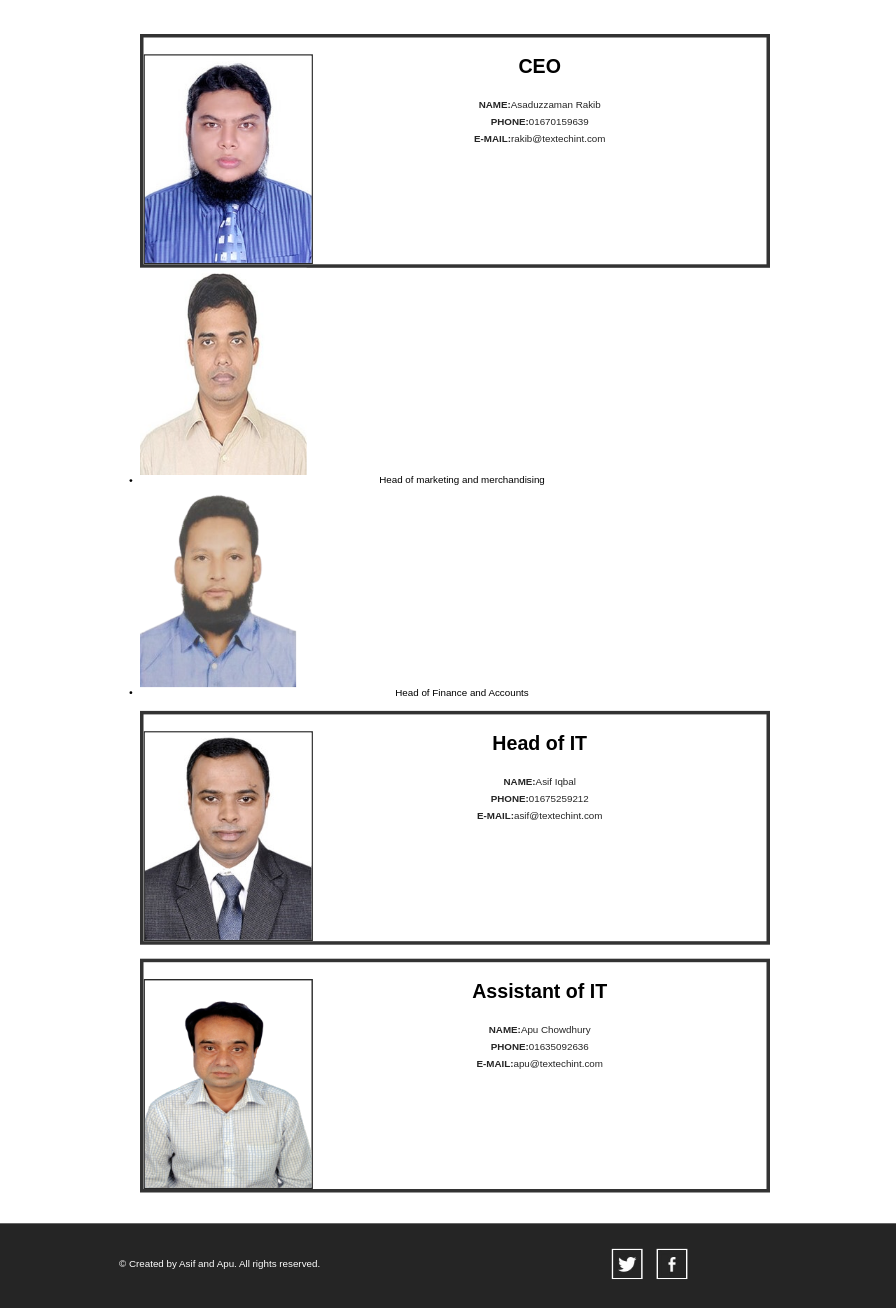
Repository: asifdotpy/textechint
Page: index.html
These files come from the project's save history. The page is drawn as it stood at one moment and after the next save; the edit follows.
The browser window is 1280 px wide. The pictures show the part of the page from y = 1422 to 3342 px (the page is 3291 px tall before and 3342 px after), at 70% of full size.

Above is the page before, as saved 2021-02-23 01:29:42.

### index.html
<!doctype html>
<html>
<head>
	<meta charset="UTF-8">
	<meta name="viewport" content="width=device-width, initial-scale=1.0">
	<title>Tex Tech International</title>
	<link rel="stylesheet" type="text/css" href="css/style.css">
	<link rel="stylesheet" type="text/css" href="css/mobile.css" media="screen and (max-width : 568px)">
	<script type="text/javascript" src="js/mobile.js"></script>
</head>
<body>
	<div id="header">
		<ul id="navigation">
			<li class="selected">
				<a href="index.html">our company</a>
			</li>
			<li>
				<a href="gallery.html">Our Products and services
				</a>
			</li>
			<li>
				<a href="about.html">career opportunity</a>
			</li>
			<li>
				<a href="blog.html">faq</a>
			</li>
			<li>
				<a href="contact.html">contact us</a>
			</li>
		</ul>
	</div>
	<div id="body">
		<div id="featured">
			<img src="images/featured.jpg" alt="">
		</div>
		<div class='intro'>
			<h1>About us</h1>
			<div class="main">
			<p><strong style="color: red;">Tex Tech International</strong> is working as a Buying & Trading house in the field of RMG, Home Textile, Leather Products, Handicraft Items & other Consumers’ Products in Bangladesh. Our major concern is to play our role as a buying house of our customers. One of our primary responsibilities as a buying house is to assure that the product purchased and released for shipment conforms to be customer’s requirements.</p>
			<p>Our goal is to provide our clients with high-quality products that meet their quality expectations.
				<strong style="color: red;">Tex Tech International</strong> employs Quality Assurance staff to assist in the selection of manufacturers who manufacture products according to Standards set by our policy, principles, and guidelines.</p>
			<p><strong style="color: red;">Tex Tech International</strong> is a leading Buyer’s agent / representative and garments exporter in Bangladesh. We have our own sourcing office in China, Italy, Netherlands, Canada & Australia.</p>
			<p>We have 100+ associated factories from where we can assure quality and final products. All the associated factories are fully compliance having certificates of ACCORD, ALLIANCE, BSCI, SEDEX, WRAP, OEKO-TEX, GOTS, OCS, GRS, RCS etc. We have a strong CSR team who follow up on all the different types of compliance requirement which are set by the buyer.</p>
			<p>We have a very strong Merchandising Team who keep contact and support the clients on the daily basis in order to keep a healthy relationship. Our QC teams is ready to ensure product quality as per customer demands. Our QA team inspect the goods on a third-party base and on AQL of customers.</p>
			<p>We have a strong quality control system where under each Merchandiser there is a full time QC team and the QC’s do the in-line inspections in each section of production. In a particular time of the day, our QA Supervisor checks the 30% products those have been passed by our QC’s in each section. All the QC’s always check 100% goods. All the QC’s submit their daily reports to QA Manager with highlighting the major points. QA Manager submits their reports to the relevant Merchandisers in addition to CEO. Relevant Merchandiser ensures the correct QA packing to the QA Supervisor. After maintaining all the necessary procedures, the QA Manager carries out his own final inspection before the shipment.</p>
			</p>
			</div>

		</div>

		<div class='heroes'>
		<ul>
			<div class="post-container">
				<div class="post-thumb"><img src="images/rakib.jpg" /></div>
				<div class="post-content">
					<h3 class="post-title">CEO</h3>
					<p><b>NAME:</b>Asaduzzaman Rakib</p>
					<p><b>PHONE:</b>01670159639</p>
					<p><b>E-MAIL:</b>rakib@textechint.com</p>
			   </div>
			</div>
			<li>
					<img src="images/sabuz.jpg" alt="Sobuz">
					<span>Head of marketing and merchandising</span>
			</li>
			<li>
					<img src="images/monir.jpg" alt="Monir">
					<span>Head of Finance and Accounts</span>
			</li>
			<div class="post-container">
				<div class="post-thumb"><img src="images/asif.jpg" /></div>
				<div class="post-content">
					<h3 class="post-title">Head of IT</h3>
					<p><b>NAME:</b>Asif Iqbal</p>
					<p><b>PHONE:</b>01675259212</p>
					<p><b>E-MAIL:</b>asif@textechint.com</p>
			   </div>
			</div>
			<div class="post-container">
				<div class="post-thumb"><img src="images/apu.jpg" /></div>
				<div class="post-content">
					<h3 class="post-title">Assistant of IT</h3>
					<p><b>NAME:</b>Apu Chowdhury</p>
					<p><b>PHONE:</b>01635092636</p>
					<p><b>E-MAIL:</b>apu@textechint.com</p>
			   </div>
			</div>
		</ul>
		</div>
	</div>
	<div id="footer">
		<div>
			<p>&copy; Created by Asif and Apu. All rights reserved.</p>
			<ul>
				<li>
					<a href="http://freewebsitetemplates.com/go/twitter/" id="linkedin">linkedin</a>
				</li>
				<li>
					<a href="https://www.facebook.com/textechint" target="_blank" id="facebook">facebook</a>
			</ul>
		</div>
	</div>
</body>
</html>

### css/style.css
@font-face {
	font-family: 'poller_oneregular';
	src: url('../fonts/pollerone/pollerone-webfont.eot');
	src: url('../fonts/pollerone/pollerone-webfont.eot?#iefix') format('embedded-opentype'),
		 url('../fonts/pollerone/pollerone-webfont.woff') format('woff'),
		 url('../fonts/pollerone/pollerone-webfont.ttf') format('truetype'),
		 url('../fonts/pollerone/pollerone-webfont.svg#poller_oneregular') format('svg');
}
@font-face {
	font-family: 'leckerli_oneregular';
	src: url('../fonts/leckerlione/leckerlione-regular-webfont.eot');
	src: url('../fonts/leckerlione/leckerlione-regular-webfont.eot?#iefix') format('embedded-opentype'),
		 url('../fonts/leckerlione/leckerlione-regular-webfont.woff') format('woff'),
		 url('../fonts/leckerlione/leckerlione-regular-webfont.ttf') format('truetype'),
		 url('../fonts/leckerlione/leckerlione-regular-webfont.svg#leckerli_oneregular') format('svg');
}

body {
	background: #fff;
	font-family: Arial, Helvetica, sans-serif;
	font-size: 14px;
	font-weight: normal;
	line-height: 1;
	margin: 0;
	min-width: 960px;
	padding: 0;
}
p {
	color: #252525;
	line-height: 24px;
	margin: 0;
	padding: 0;
}
p a {
	color: #252525;
	text-decoration: underline;
}
p a:hover {
	color: #898989;
}
#header {
	margin: 0 auto;
	padding: 4px 0 50px;
	text-align: center;
	width: 960px;
}
#header a.logo {
	display: block;
	margin: 0 auto;
	padding: 0;
	width: 340px;
}
#header a.logo img {
	border: 0;
	display: block;
	margin: 0;
	padding: 0;
}
#header ul {
	margin: 0;
	padding: 25px 0 0;
}
#header ul li {
	display: inline;
	list-style: none;
	margin: 0;
	padding: 0 19px;
}
#header ul li a {
	color: #252525;
	display: inline-block;
	font-family: "Arial Black", Gadget, sans-serif;
	font-size: 14px;
	font-weight: normal;
	margin: 0;
	padding: 0 0 3px;
	text-decoration: none;
	text-transform: uppercase;
}
#header ul li a:hover, #header ul li.selected a {
	color: #0ba39c;
}
#body {
	margin: 0;
	padding: 0 0 30px;
	text-align: center;
}
#body h1 {
	color: #fff;
	display: inline;
	font-family: poller_oneregular;
	font-size: 35px;
	font-weight: normal;
	margin: 0;
	padding: 0;
	text-transform: uppercase;
}
#body h1 span {
	background: #252525;
	display: inline-block;
	padding: 15px 28px 12px;
}
#body > div {
	margin: 0 auto;
	padding: 0;
	width: 960px;
}
#body > div img {
	border: 2px solid #292929;
	margin: 24px 0 0;
	padding: 0;
}
#body > div .article {
	margin: 0 auto;
	padding: 30px 30px 0;
	width: 560px;
}
#body > div .article h2 {
	font-family: "Arial Black", Gadget, sans-serif;
	font-size: 25px;
	font-weight: normal;
	margin: 0 0 30px;
}
#body > div .article h3 {
	color: #252525;
	line-height: 24px;
	margin: 0;
	padding: 0;
}
#body > div .article h4 {
	background: #252525;
	color: #fff;
	display: inline-block;
	font-family: "Arial Black", Gadget, sans-serif;
	font-size: 25px;
	font-weight: normal;
	margin: 0 0 30px;
	padding: 8px 27px 10px;
}
#body > div .article p {
	margin: 0 0 30px;
}
#body div div ul {
	margin: 0;
	padding: 24px 10px 0;
	width: 940px;
	list-style-type: none;
}
#body div div ul li {
	border: 2px solid #1a1a1a;
	display: block;
	list-style: none;
	margin: 0 0 13px;
	overflow: hidden;
	padding: 0;
}
#body div ul li .figure {
	border-right: 2px solid #1a1a1a;
	float: left;
	margin: 0;
	padding: 0;
	width: 376px;
}
#body div ul li img {
	border: 0;
	display: block;
	margin: 0;
	padding: 0;
	opacity: 0.8;
	transition: 0.5s ease-in-out;
}
#body div ul li .figure:hover img {
	opacity: 1;
}
#body div ul li div {
	float: left;
	margin: 0;
	padding: 63px 0 20px;
	width: 558px;
}
#body div ul li div h3 {
	color: #252525;
	font-family: "Arial Black", Gadget, sans-serif;
	font-size: 25px;
	font-weight: normal;
	margin: 0;
	padding: 0;
	text-transform: uppercase;
}
#body div ul li div p {
	padding: 30px 30px 18px;
}
#body div ul li div a.more {
	background: #000;
	color: #fff;
	display: inline-block;
	font-family: "Arial Black", Gadget, sans-serif;
	font-size: 18px;
	font-weight: normal;
	margin: 0;
	padding: 8px 28px;
	text-decoration: none;
	text-transform: uppercase;
}
#body div ul li div a.more:hover {
	color: #252525;
	background: #fff;
	border: 2px solid #252525;
}
#body #featured {
	margin: 0 0 13px;
	padding: 0;
	position: relative;
	width: 100%;
}
#body #featured img {
	border: 0;
	display: block;
	margin: 0;
	padding: 0;
	width: 100%;
	height: auto;
}
#body #featured div {
	left: 50%;
	margin-left: -480px;
	margin-top: -171px;
	padding: 0 0 0 470px;
	position: absolute;
	top: 50%;
	text-align: left;
	width: 490px;
}
#body #featured div h2 {
	background: #fff;
	color: #000;
	display: inline-block;
	font-family: poller_oneregular;
	font-size: 20px;
	font-weight: normal;
	margin: 0 0 18px;
	padding: 23px 27px 20px;
	text-transform: uppercase;
}
#body #featured div span {
	background: #252525;
	color: #fff;
	display: inline-block;
	font-size: 20px;
	margin: 7px 0;
	padding: 12px 27px;
}
#body #featured div a {
	background: #0ba39c;
	color: #fff;
	display: inline-block;
	font-size: 16px;
	margin: 15px 0 0;
	padding: 26px 27px 22px;
	text-align: center;
	text-decoration: none;
	text-transform: uppercase;
}
#body #featured div a:hover {
	background: #1fc3bc;
}
#body > ul {
	margin: 0 auto;
	overflow: hidden;
	padding: 24px 0 0;
	width: 960px;
}
#body > ul li {
	display: block;
	float: left;
	margin: 0 10px 20px;
	padding: 0;
	width: 300px;
}
#body > ul li a {
	color: #000;
	display: block;
	font-family: poller_oneregular;
	font-size: 20px;
	font-weight: normal;
	margin: 0;
	padding: 0;
	text-align: center;
	text-decoration: none;
	text-transform: uppercase;
}
#body > ul li a img {
	border: 2px solid #1a1a1a;
	display: block;
	margin: 0;
	padding: 0;
	opacity: .8;
	transition: 0.5s ease-in-out;
}
#body > ul li a:hover img {
	opacity: 1;
}
#body > ul li a span {
	display: block;
	margin: 0;
	padding: 33px 0 0;
}
#body form {
	margin: 0 auto;
	padding: 24px 0 0;
	width: 620px;
}
#body form input, #body form textarea {
	border: 2px solid #252525;
	color: #252525;
	font-family: Arial, Helvetica, sans-serif;
	font-size: 15px;
	font-weight: normal;
	margin: 0 0 37px;
	padding: 20px 10px;
	text-align: center;
	text-transform: uppercase;
	width: 596px;
}
#body form textarea {
	height: 175px;
	overflow: auto;
	resize: none;
}
#body form #send {
	background: #252525;
	color: #fff;
	font-family: "Arial Black", Gadget, sans-serif;
	font-size: 15px;
	font-weight: normal;
	display: inline-block;
	padding: 20px 28px;
	width: auto;
}
#body form #send:hover {
	background: #fff;
	color: #252525;
	cursor: pointer;
}
#footer {
	background: #252525;
	margin: 0;
	padding: 36px 0 42px;
}
#footer div {
	margin: 0 auto;
	overflow: hidden;
	padding: 0;
	width: 960px;
}
#footer div p {
	color: #fff;
	float: left;
	line-height: 44px;
	margin: 0 0 0 10px;
	padding: 0;
}
#footer div ul {
	display: block;
	float: right;
	margin: 0;
	overflow: hidden;
	padding: 0;
	width: 256px;
}
#footer div ul li {
	display: block;
	float: left;
	list-style: none;
	margin: 0 10px;
	padding: 0;
	width: 44px;
}
#footer div ul li a {
	background: url(../images/icons.jpg) no-repeat 0 0;
	display: block;
	height: 44px;
	margin: 0;
	padding: 0;
	text-indent: -99999px;
	width: 44px;
}
#footer div ul li #linkedin {
	background-position: 0 0;
}
#footer div ul li #linkedin:hover {
	background-position: -44px 0;
}
#footer div ul li #facebook {
	background-position: 0 -44px;
}
#footer div ul li #facebook:hover {
	background-position: -44px -44px;
}

div .intro h1 {
	margin: 0px 50px;
	padding: 0px 50px;
	background-color: #0ba39c;
	text-decoration: #1a1a1a;
}

div .intro p {
	margin: 10px;
	padding: 10px;
}

div .main {
	font-size: 15px;
}



.post-container {
    margin: 20px 20px 0 0;
    border: 5px solid #333;
    overflow: auto
}
.post-thumb {
    float: left
}
.post-thumb img {
    display: block
}
.post-content {
    margin-left: 210px
}
.post-title {
    font-weight: bold;
    font-size: 200%
}

### js/mobile.js
window.onload = function(){
	var getNavi = document.getElementById('navigation');

	var mobile = document.createElement("span");
	mobile.setAttribute("id","mobile-navigation");
	getNavi.parentNode.insertBefore(mobile,getNavi);

	document.getElementById('mobile-navigation').onclick = function(){
		var a = getNavi.getAttribute('style');
		if(a){
			getNavi.removeAttribute('style');
			document.getElementById('mobile-navigation').style.backgroundImage='url(images/mobile-menu.png)';
		} else {
			getNavi.style.display='block';
			document.getElementById('mobile-navigation').style.backgroundImage='url(images/mobile-close.png)';
		}
	};
	var getElm = getNavi.getElementsByTagName("LI");
	for(var i=0;i<getElm.length;i++){
		if(getElm[i].children.length>1){
			var smenu = document.createElement("span");
			smenu.setAttribute("class","mobile-submenu");
			smenu.setAttribute("OnClick","submenu("+i+")");
			getElm[i].appendChild(smenu);
		};
	};
	submenu = function (i){
		var sub = getElm[i].children[1];
		var b = sub.getAttribute('style');
		if(b){
			sub.removeAttribute('style');
			getElm[i].lastChild.style.backgroundImage='url(images/mobile-expand.png)';
			getElm[i].lastChild.style.backgroundColor='rgba(11, 163, 156, 0.7)';
		} else {
			sub.style.display='block';
			getElm[i].lastChild.style.backgroundImage='url(images/mobile-collapse.png)';
			getElm[i].lastChild.style.backgroundColor='rgba(0,0,0,0.8)';
		}
	};
};

### css/mobile.css
body {
	min-width: 0;
}
#header {
	padding: 20px 0;
	position: relative;
	width: 100%;
}
#header a.logo {
	width: 80%;
}
#header a.logo img {
	width: 100%;
}
#mobile-navigation {
	background: url(../images/mobile-menu.png) no-repeat 0 0;
	display: block;
	height: 50px;
	margin: 30px auto 0;
	padding: 0;
	width: 50px;
}
#header ul {
	border: 1px solid #fff;
	display: none;
	left: 50%;
	margin-left: -45%;
	padding: 0;
	position: absolute;
	width: 90%;
	z-index: 1001;
}
#header ul li {
	border-top: 1px solid #fff;
	display: block;
	margin: 0;
	padding: 0;
	position: relative;
}
#header > ul > li:first-child {
	border: 0;
}
#header ul li a {
	background: rgba(11, 163, 156, 0.9);
	color: #fff;
	display: block;
	font-family: Arial, Helvetica, sans-serif;
	font-size: 16px;
	font-weight: normal;
	height: 49px;
	line-height: 49px;
	padding: 0 15px;
	text-align: left;
}
#header ul li a:hover, #header ul li.selected a {
	background: rgba(0, 0, 0, 0.9);
	color: #fff;
}
#header ul ul {
	display: none;
	border: 0;
	height: auto;
	left: 0;
	margin: 0;
	position: relative;
	width: 100%;
}
#header ul ul li a {
	text-indent: 15px;
}
#header ul li span {
	background: rgba(11, 163, 156, 0.9) url(../images/mobile-expand.png) no-repeat 0 0;
	border-left: 1px solid #fff;
	display: block;
	height: 49px;
	position: absolute;
	right: 0;
	top: 0;
	width: 50px;
}
#body {
	width: 100%;
}
#body h1 {
	display: block;
	font-size: 20px;
	margin: 0 auto;
	width: 90%;
}
#body h1 span {
	display: block;
	padding: 3%;
	width: 94%;
}
#body > div {
	padding: 0 5%;
	width: 90%;
}
#body > div img {
	margin: 24px 0 30px;
	width: 98%
}
#body > div .article {
	padding: 0;
	width: 100%;
}
#body > div .article h2, #body > div .article h4 {
	font-size: 18px;
	font-weight: bold;
}
#body #featured {
	overflow: hidden;
	margin: 0 0 20px
}
#body #featured img {
	min-width: 960px;
}
#body #featured div {
	left: 0;
	margin: 0;
	padding: 0 2%;
	position: absolute;
	top: 0;
	text-align: left;
	width: 96%;
}
#body #featured div h2 {
	font-size: 14px;
	font-weight: normal;
	margin: 50px 0 10px;
	padding: 8px 5px;
}
#body #featured div span {
	display: block;
	font-size: 14px;
	margin: 10px 0;
	padding: 10px;
}
#body #featured div a {
	font-size: 14px;
	margin: 5px 0 0;
	padding: 10px;
}
#body > ul {
	overflow: visible;
	padding: 0 5%;
	width: 90%;
}
#body ul.gallery {
	padding: 5% 0;
	overflow: hidden;
	width: 100%;
}
#body > ul li {
	float: none;
	margin: 0;
	width: 100%;
}
#body ul.gallery li {
	float: left;
	margin: 0 0 5% 5%;
	width: 42%;
}
#body > ul li a img {
	width: 98%;
}
#body > ul li a span {
	padding: 15px 0;
}
#body div ul {
	margin: 0;
	padding: 20px 0 0;
	width: 100%;
}
#body div ul li {
	overflow: visible;
	padding: 0 0 20px;
	width: 99%;
}
#body div ul li .figure {
	border: 0;
	display: block;
	float: none;
	margin: 0 0 20px;
	width: 100%;
}
#body div ul li .figure img {
	width: 100%;
}
#body div ul li div {
	float: none;
	padding: 0;
	width: 100%;
}
#body div ul li div a.more:hover {
	height: 14px;
	line-height: 14px;
}
#body form {
	width: 100%;
}
#body form input, #body form textarea {
	margin: 0 0 20px;
	padding: 10px;
	width: 84%;
}
#body form #send {
	padding: 10px;
}
#footer {
	padding: 10px 0 25px;
}
#footer div {
	overflow: visible;
	width: 100%;
}
#footer div p {
	float: none;
	margin: 0;
	text-align: center;
}
#footer div ul {
	float: none;
	margin: 0 auto;
	width: 256px;
}

After the next save:
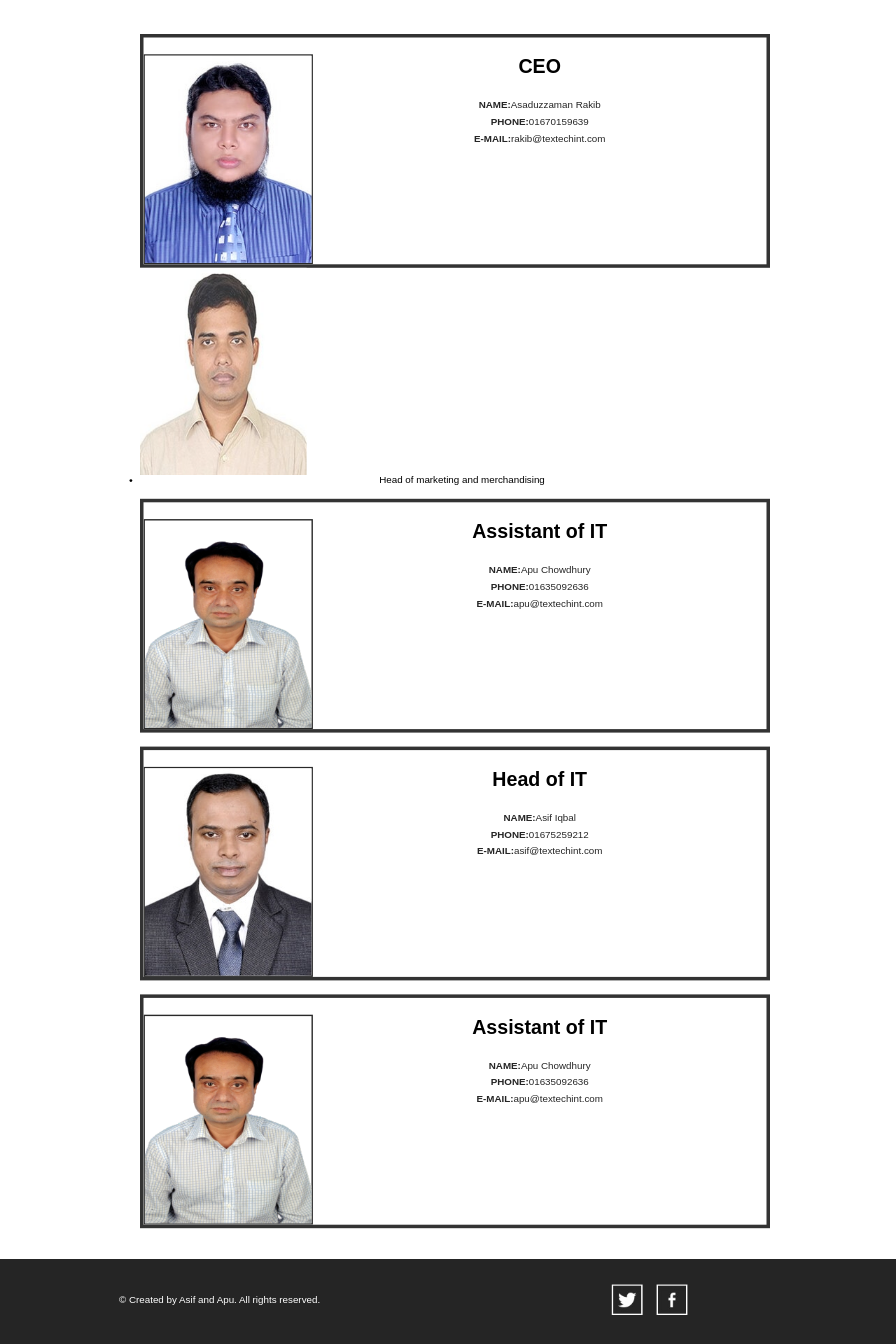
Saved 19 s later.
--- a/index.html
+++ b/index.html
@@ -63,10 +63,15 @@
 					<img src="images/sabuz.jpg" alt="Sobuz">
 					<span>Head of marketing and merchandising</span>
 			</li>
-			<li>
-					<img src="images/monir.jpg" alt="Monir">
-					<span>Head of Finance and Accounts</span>
-			</li>
+			<div class="post-container">
+				<div class="post-thumb"><img src="images/apu.jpg" /></div>
+				<div class="post-content">
+					<h3 class="post-title">Assistant of IT</h3>
+					<p><b>NAME:</b>Apu Chowdhury</p>
+					<p><b>PHONE:</b>01635092636</p>
+					<p><b>E-MAIL:</b>apu@textechint.com</p>
+			   </div>
+			</div>
 			<div class="post-container">
 				<div class="post-thumb"><img src="images/asif.jpg" /></div>
 				<div class="post-content">
